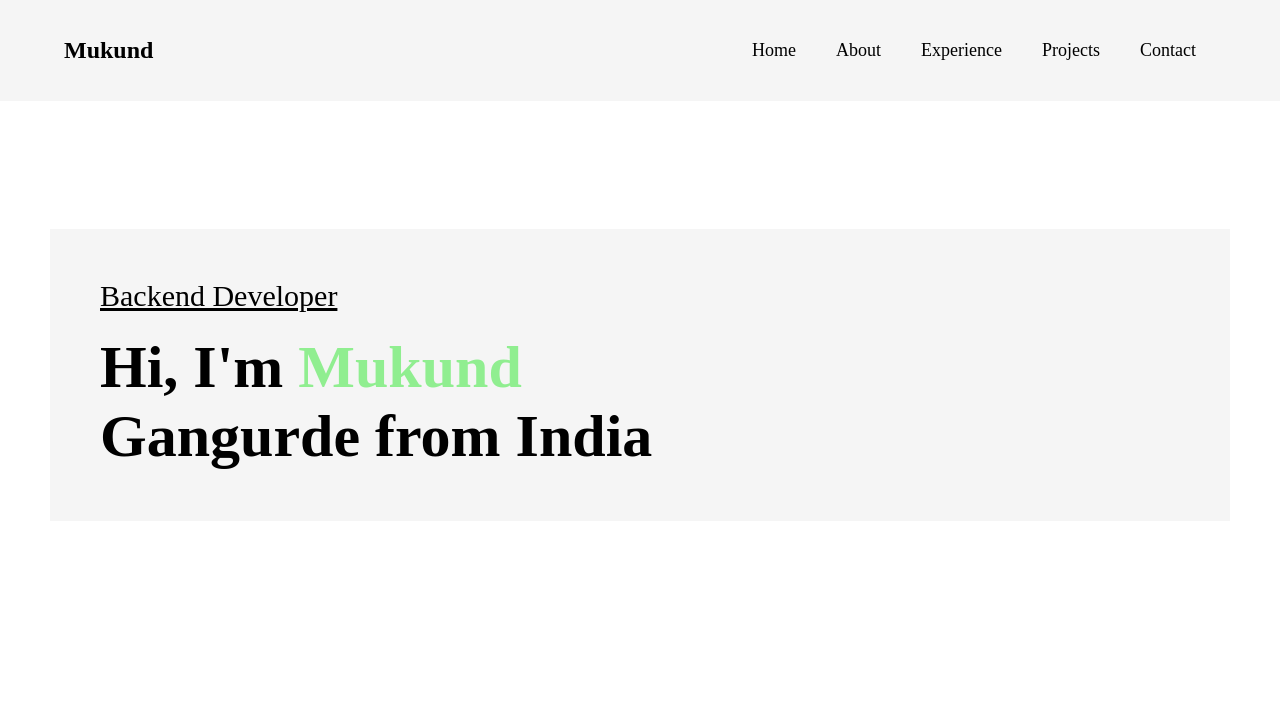
Repository: mukundgangurde/expense-tracker
Page: index.html
The author's editor kept a copy of each file at every save. The page is drawn from the files as they stood at one save, then again after a run of saves.
The browser window is 1280 px wide. The pictures show the whole page.

Above is the page before, as saved 2025-11-02 22:43:13.

### index.html
<!DOCTYPE html>
<html lang="en">

<head>
  <meta charset="UTF-8">
  <meta name="viewport" content="width=device-width, initial-scale=1.0">
  <title>Portfolio - Mukund Gangurde</title>
  <link rel="stylesheet" href="style.css">
</head>

<body>
  <!-- Header -->
  <div id="header">
    <div id="container">
      <!-- Navigation Bar -->
      <nav>
        <h1 id="logo">Mukund</h1>
        <ul>
          <li><a href="#">Home</a></li>
          <li><a href="#">About</a></li>
          <li><a href="#">Experience</a></li>
          <li><a href="#">Projects</a></li>
          <li><a href="#">Contact</a></li>
        </ul>
      </nav>
      <!-- /Navigation Bar -->

      <div class="header-text">
        <p><u>Backend Developer</u></p>
        <h1>Hi, I'm <span>Mukund</span><br>Gangurde from India</h1>
      </div>
    </div>
  </div>
  <!-- /Header -->

  <div id="about">
    <div id="container">
      <div class="row">
        <div class="about-col-1"></div>
      </div>
    </div>
  </div>
</body>

</html>

### style.css
* {
  margin: 0;
  padding: 0;
  font-family: Brush Script MT;
  /* font-family: Arial, Helvetica, sans-serif; */
  box-sizing: border-box;
  /* border: 1px solid red; */
}

body {
  /* background-color: black; */
  /* color: white; */
}

#header {
  width : 100%;
  height: 100vh;
  /* background-image: url(images/background.img); */
  /* background-size: cover; */
  /* background-position: center; */
}

#logo {
  width: 160px;
}

nav {
  display: flex;
  justify-content: space-between;
  align-items: center;
  flex-wrap: wrap;
  padding: 30px 5%;
  background-color: whitesmoke;
}

ul {
  display: flex;
  justify-content: space-between;
  font-size: 18px;
}

nav ul li {
  display: inline-block;
  list-style-type: none;
  margin: 10px 20px;
}

nav ul li :hover {
  color: green;
}

nav ul li a {
  color: black;
  text-decoration: none;
}

.header-text {
  margin: 10% 50px;
  padding: 50px;
  background-color: whitesmoke;
  font-size: 30px;
}

.header-text h1 {
  margin-top: 20px;
  font-size: 60px;
}

.header-text h1 span {
  color: lightgreen;
}

After the next 2 saves:
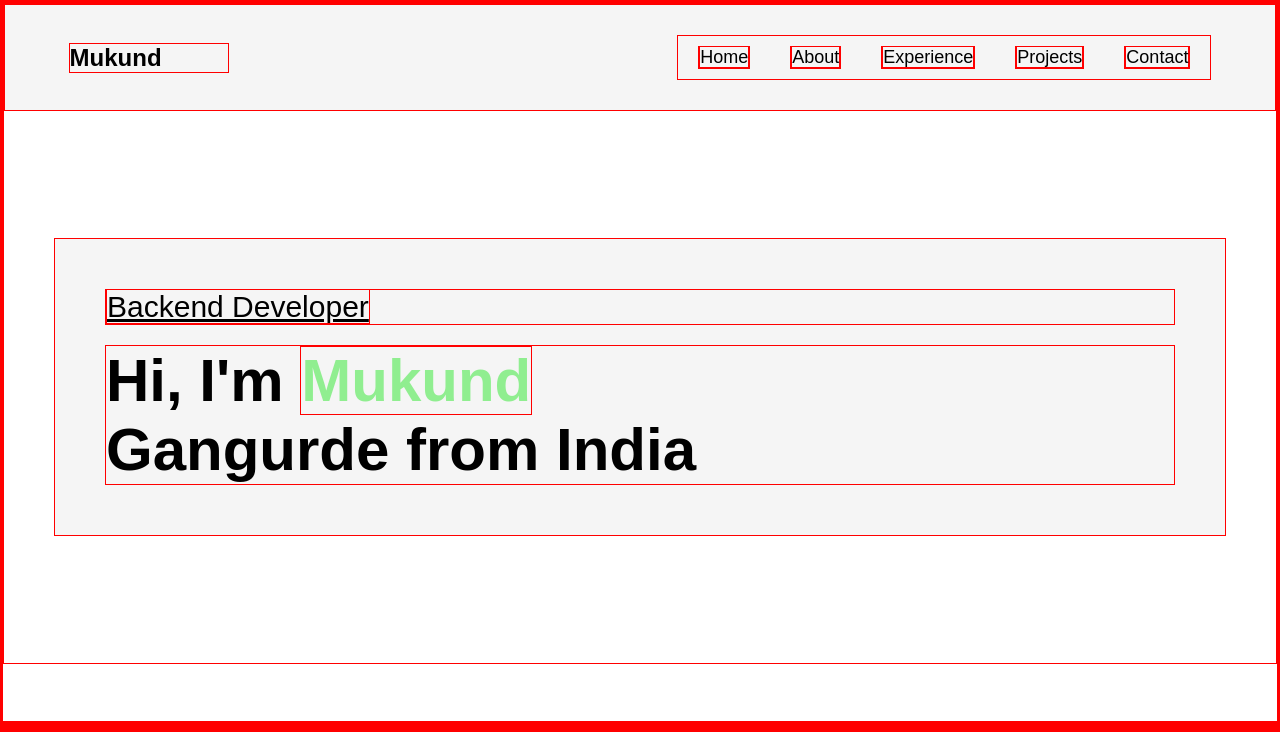
The 2 saves are shown as one change because they came seconds apart.
The last was saved 9 s later.
--- a/style.css
+++ b/style.css
@@ -1,10 +1,10 @@
 * {
   margin: 0;
   padding: 0;
-  font-family: Brush Script MT;
-  /* font-family: Arial, Helvetica, sans-serif; */
+  /* font-family: Brush Script MT; */
+  font-family: Arial, Helvetica, sans-serif;
   box-sizing: border-box;
-  /* border: 1px solid red; */
+  border: 1px solid red;
 }
 
 body {
